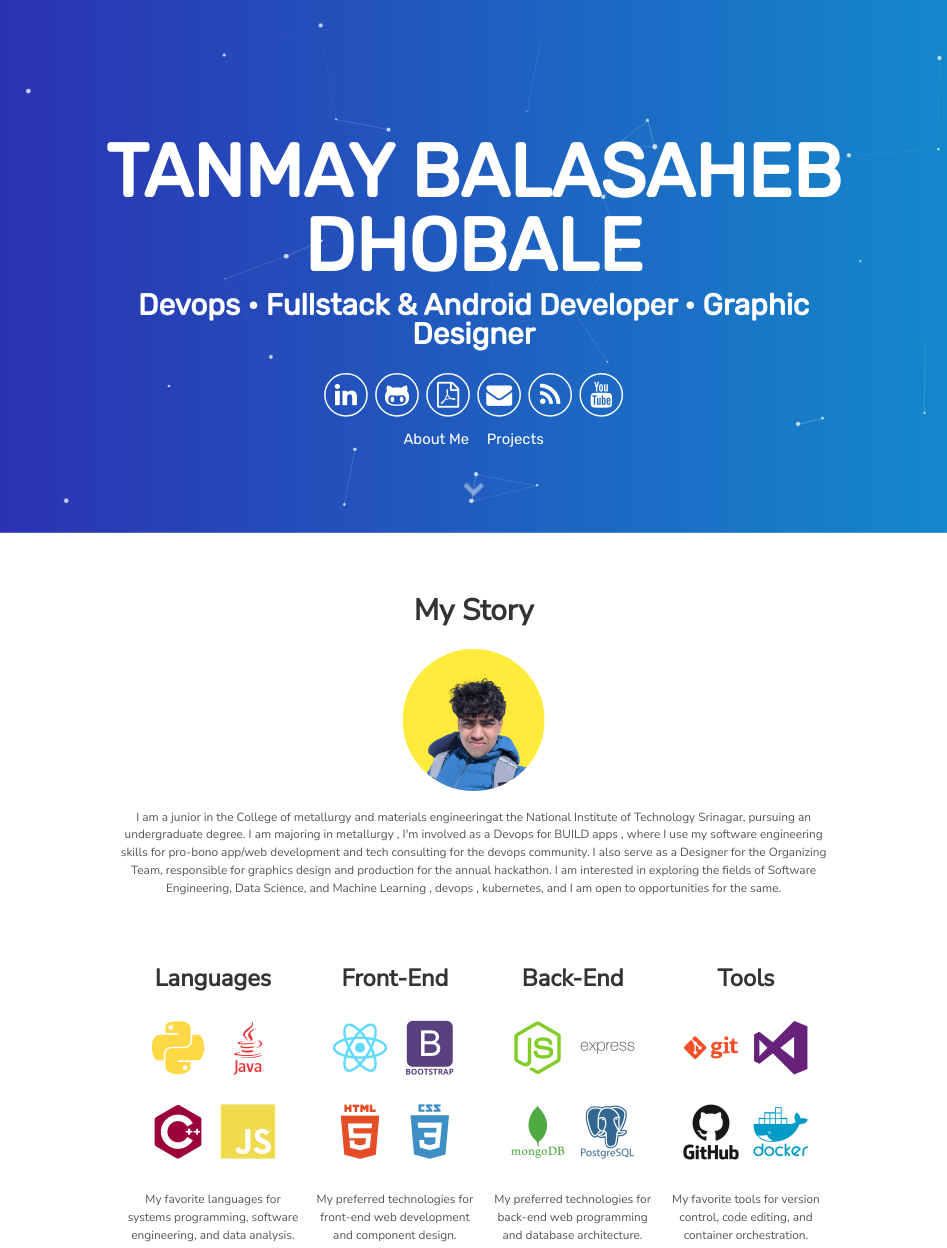
Repository: TanmayDhobale/portfolio.tanmay
Page: index.html
These files come from the project's save history. The page is drawn as it stood at one moment and after the next save; the edit follows.
The browser window is 1280 px wide. The pictures show the part of the page from y = 0 to 1687 px (the page is 3192 px tall before and 3304 px after), at 74% of full size.
A picture or video elsewhere on the page could not be fetched, so the positions and the page height are approximate. Backgrounds fixed to the window are drawn as part of the page.

Above is the page before, as saved 2023-09-25 19:22:22.

### index.html
<!DOCTYPE html>
<html lang="en">
  <head>
    <!-- Metadata of the Webpage -->
    <!-- Character-set Metadata -->
    <meta charset="utf-8" />
    <meta http-equiv="X-UA-Compatible" content="IE=edge" />
    <!-- Viewport Metadata -->
    <meta name="viewport" content="width=device-width, initial-scale=1" />
    <!-- Description Metadata-->
    <meta name="description" content="Portfolio Website" />
    <!-- Author Metadata -->
    <meta name="author" content="Tanmay dhobale " />
    <!-- Keyword Metadata -->
    <meta
      name="keywords"
      content="tanmay balasaheb dhobale , tanmay dhobale , tanmay dhobale nit  , tanmay dhobale nasa "
    />
    <!-- Webpage Logo -->
    <link rel="shortcut icon" href="assets/img/favicon.ico" />
    <!-- Webpage Title -->
    <title>Tanmay Dhobale </title>

    <!-- Import CSS: Main Stylesheet -->
    <link rel="stylesheet" href="./assets/css/main.css" />
  </head>

  <body>
    <div id="particles-js">
      <div class="header">
        <h1>
          <span class="site-title">TANMAY BALASAHEB DHOBALE  </span>
          <span class="site-description"> Devops • Fullstack & Android Developer • Graphic Designer</span>
        </h1>
        <div class="header-icons">
          <a aria-label="My LinkedIn Profile" target="_blank" href="https://www.linkedin.com/in/tanmaydhobale/">
            <i class="icon fa fa-linkedin" aria-hidden="true"></i>
          </a>
          <a aria-label="My Github Profile" target="_blank" href="https://github.com/TanmayDhobale">
            <i class="icon fa fa-github-alt" aria-hidden="true"></i>
          </a>
          <a aria-label="My Résumé" target="_blank" href="https://drive.google.com/file/d/1XHNU_m7_-rRypqP-tn4aT4cPukl3uloP/view?usp=sharing">
            <i class="icon fa fa fa-file-pdf-o" aria-hidden="true"></i>

          </a>
          <a aria-label="Send Email" href="mailto:tanmay_2021bmme078@nitsri.ac.in" target="_blank"
            ><i class="icon fa fa-envelope"></i
          ></a>
           <a aria-label="Send Email" href="https://hashnode.com/@tanmay4l" target="_blank">
            <i class="icon fa fa-rss" aria-hidden="true"></i>
          </a>
          <a aria-label="Youtube" href="https://youtube.com/@tanmay4l?si=MVQowxwEulg6ruLZ" target="_blank"
          ><i class="icon fa fa-youtube"></i
        ></a>

        </div>
        <div class="header-links">
          <a class="link" href="#about" data-scroll>About Me</a>
          <a class="link" href="#projects" data-scroll>Projects</a>
        </div>
      </div>
      <a class="down" href="#about" data-scroll><i class="icon fa fa-chevron-down" aria-hidden="true"></i></a>


    </div>

    <!-- About Section -->
    <section id="about">
      <!-- User Introduction-->
      <div class="user-details">
        <h1>My Story</h1>
        <picture>
          <source
            type="image/webp"
            srcset="./assets/img/webp/Professional-Picture-Me.webp"
            alt="Professional Me"
            width="20%"
            style="border-radius: 50%"
          />
          <img
            src="./assets/img/jpg/Professional-Picture-Me.jpg"
            alt="Professional Me"
            width="20%"
            style="border-radius: 50%"
          />
        </picture>
        <p>
          I am a junior in the College of metallurgy and materials engineeringat the National Institute of Technology Srinagar,
          pursuing an undergraduate degree. I am majoring in metallurgy  ,  I'm involved as a Devops for BUILD
          apps , where I use my software engineering skills for pro-bono app/web development and tech consulting for the
          devops community. I also serve as a Designer for the Organizing Team, responsible for graphics
          design and production for the annual hackathon. I am interested in exploring the fields of Software
          Engineering, Data Science, and Machine Learning , devops , kubernetes,  and I am open to opportunities for the same.
        </p>
      </div>

      <!-- User Specifics -->
      <div class="user">
        <!-- Technology Stack #1: Languages -->
        <div class="tech">
          <h2>Languages</h2>
          <i class="devicon-python-plain colored"></i>
          <i class="devicon-java-plain-wordmark colored"></i>
          <i class="devicon-cplusplus-plain colored"></i>
          <i class="devicon-javascript-plain colored"></i>
          <p>My favorite languages for systems programming, software engineering, and data analysis.</p>
        </div>

        <!-- Technology Stack #2: Front-End -->
        <div class="tech">
          <h2>Front-End</h2>
          <i class="devicon-react-original colored"></i>
          <i class="devicon-bootstrap-plain-wordmark colored"></i>
          <i class="devicon-html5-plain-wordmark colored"></i>
          <i class="devicon-css3-plain-wordmark colored"></i>
          <p>My preferred technologies for front-end web development and component design.</p>
        </div>

        <!-- Technology Stack #3: Back-End -->
        <div class="tech">
          <h2>Back-End</h2>
          <i class="devicon-nodejs-plain colored"></i>
          <i class="devicon-express-original-wordmark colored"></i>
          <i class="devicon-mongodb-plain-wordmark colored"></i>
          <i class="devicon-postgresql-plain-wordmark colored"></i>
          <p>My preferred technologies for back-end web programming and database architecture.</p>
        </div>

        <!-- Technology Stack #4: Tools -->
        <div class="tech">
          <h2>Tools</h2>
          <i class="devicon-git-plain-wordmark colored"></i>
          <i class="devicon-visualstudio-plain colored"></i>
          <i class="devicon-github-plain-wordmark colored"></i>
          <i class="devicon-docker-plain-wordmark colored"></i>
          <p>My favorite tools for version control, code editing, and container orchestration.</p>
        </div>
      </div>
    </section>

    <!-- Projects Section -->
    <section id="projects">
      <div class="user-details">
        <h1>Featured Projects</h1>
      </div>

      <!-- User Project #1: Personal Résumé Website -->
       <!-- <div class="user-projects">
        <div class="images-right">
          <picture>
            <source type="image/webp" srcset="./assets/img/webp/Personal-Resume-Website.webp" alt="Personal Website" />
            <img alt="Personal Website" src="./assets/img/jpg/Personal-Resume-Website.jpg" />
          </picture>
        </div>
        <div class="contents" style="text-align: center">
          <h3>Personal Website</h3>
          <div>
            <img
              height="32"
              width="32"
              src="https://unpkg.com/simple-icons@3.4.0/icons/react.svg"
              style="filter: invert(73%) sepia(74%) saturate(1552%) hue-rotate(169deg) brightness(109%) contrast(97%)"
            />
            &nbsp;
            <img
              height="32"
              width="32"
              src="https://unpkg.com/simple-icons@3.4.0/icons/bootstrap.svg"
              style="filter: invert(24%) sepia(14%) saturate(2270%) hue-rotate(222deg) brightness(102%) contrast(90%)"
            />
            &nbsp;
            <img height="32" width="32" src="https://unpkg.com/simple-icons@3.4.0/icons/github.svg" />
          </div>
          <p style="text-align: justify">
            I developed and designed a website using ReactJS and Bootstrap, hosted on Github Pages, to showcase my web
            presence, story, work experience, education, projects, and achievements in an interactive and
            visually-appealing format.
          </p>
          <a class="project-link" target="_blank" href="https://www.adityavsingh.com/">Check it out!</a>
        </div>
      </div>  -->

      <!-- User Project #2: Summer 2020 Project -->
   <div class="user-projects">
        <div class="images-left">
          <picture>
            <source type="image/webp" srcset="./assets/img/webp/Perpetual-Crusades.webp" alt="Perpetual Crusades" />
            <img alt="Perpetual Crusades" src="./assets/img/jpg/Perpetual-Crusades.jpg" />
          </picture>
        </div>
        <div class="contents-right" style="text-align: center">
          <h3>DepressionHUB</h3>
          <img
            height="32"
            width="32"
            src="https://unpkg.com/simple-icons@3.4.0/icons/react.svg"
            style="filter: invert(73%) sepia(74%) saturate(1552%) hue-rotate(169deg) brightness(109%) contrast(97%)"
          />
          &nbsp;
          <img
            height="32"
            width="32"
            src="https://unpkg.com/simple-icons@3.4.0/icons/css3.svg"
            style="filter: invert(33%) sepia(29%) saturate(3844%) hue-rotate(184deg) brightness(90%) contrast(84%)"
          />
          <img
          height="32"
          width="32"
          src="https://unpkg.com/simple-icons@3.4.0/icons/javascript.svg"
          style="filter: invert(33%) sepia(29%) saturate(3844%) hue-rotate(184deg) brightness(90%) contrast(84%)"
        />
          &nbsp;
          <img height="32" width="32" src="https://unpkg.com/simple-icons@3.4.0/icons/github.svg"/>
          <p style="text-align: justify">
            This is an startup webiste I`ve created this for DepressionHUB Company , using , javascrpt , ReactJS & vita and CSS Grid Layouts for design and hosted on
            GitHub & Netlify Pages.
          </p>
          <a class="project-link" target="_blank" href="https://depressionhuborg.netlify.app/"
            >Check it out!</a
          >
        </div>
      </div>

      <!-- User Project #3: freemoives - Top Movie Streaming Website -->
      <div class="user-projects">
        <div class="images-right">
          <picture>
            <source type="image/webp" srcset="./assets/img/webp/COVID19-Tracker-App.webp" alt="COVID-19 Tracker App" />
            <img alt="COVID-19 Tracker App" src="./assets/img/jpg/COVID19-Tracker-App.jpg" />
          </picture>
        </div>
        <div class="contents" style="text-align: center">
          <h3>Movie Streaming Website </h3>
          <div>
            <img
            height="32"
            width="32"
            src="https://unpkg.com/simple-icons@3.4.0/icons/css3.svg"
            style="filter: invert(33%) sepia(29%) saturate(3844%) hue-rotate(184deg) brightness(90%) contrast(84%)"
          />
            <img
              height="32"
              width="32"
              src="https://unpkg.com/simple-icons@3.4.0/icons/html5.svg"

              style="filter: invert(96%) sepia(47%) saturate(4151%) hue-rotate(338deg) brightness(100%) contrast(95%)"
            />
          </div>
          <p style="text-align: justify">
            I created a web site where u can watch movie online like netfilx , your go-to destination for streaming the top movies! This website is designed using HTML and CSS and aims to provide users with an immersive movie-watching experience.


          </p>
          <a class="project-link" target="_blank" href="https://tanmaydhobale.github.io/Freemoive.com/">
            Check it out!
          </a>
        </div>
      </div>

      <!-- Use Project #4: cloud Native Monitoring Application -->
      <div class="user-projects">
        <div class="images-left">
          <picture>
            <source
              type="image/webp"
              srcset="./assets/img/webp/Valuto-Account-Management.webp"
              alt="cloud Native Monitoring Application\"
            />
            <img alt="/Users/tanmay/Desktop/code/tanmayport.dev/My-Alternate-Portfolio-Website/assets/img/jpg/Valuto-Account-Management.jpg" src="./assets/img/jpg/Valuto-Account-Management.jpg" />
          </picture>
        </div>
        <div class="contents-right" style="text-align: center">
          <h3>Cloud Native Monitoring Application</h3>
          <div>
            <img
              height="32"
              width="32"
              src="https://unpkg.com/simple-icons@3.4.0/icons/python.svg"

              style="filter: invert(22%) sepia(77%) saturate(1486%) hue-rotate(183deg) brightness(101%) contrast(103%)"
            />
            <img
              height="32"
              width="32"
              src="https://unpkg.com/simple-icons@3.4.0/icons/docker.svg"

              style="filter: invert(22%) sepia(77%) saturate(1486%) hue-rotate(183deg) brightness(101%) contrast(103%)"
            />
            <img
              height="32"
              width="32"
              src="https://unpkg.com/simple-icons@3.4.0/icons/kubernetes.svg"

              style="filter: invert(22%) sepia(77%) saturate(1486%) hue-rotate(183deg) brightness(101%) contrast(103%)"
            />
          </div>
          <p style="text-align: justify">
            I developed a cloud Native Monitoring Application . A Cloud Native Monitoring Application is a tool designed to oversee and manage applications and infrastructure in cloud-native environments. A Cloud Native Monitoring Application is a tool designed to oversee and manage applications and infrastructure in cloud-native environments. It provides real-time insights into performance, availability, and health, helping to optimize resource usage, detect issues, and enable quick responses through alerts and notifications. This tool supports the scalability and efficiency of cloud-native applications by offering data-driven insights for continuous improvement.
          </p>
          <a class="project-link" target="_blank" href="https://github.com/TanmayDhobale/cloudNativeMonitoringApplication">
            Check it out!
          </a>
        </div>
      </div>
    </section>

    <footer class="footer">
      <p>&copy; Tanmay dhobale, 2020</p>
    </footer>

    <!-- Import JS: Particles Theme -->
    <script src="https://cdn.jsdelivr.net/particles.js/2.0.0/particles.min.js"></script>
    <!-- Import JS: Sweet Scroll -->
    <script src="./assets/js/sweet-scroll.min.js"></script>
    <!-- Import JS: Google Analytics -->
    <script src="./assets/js/google-analytics.js"></script>
    <!-- Import JS: Main Script -->
    <script src="./assets/js/main.js"></script>
  </body>
</html>

Loaded but not shown: assets/js/sweet-scroll.min.js (library); assets/js/google-analytics.js (common file); assets/js/main.js (1 lines, source omitted); assets/css/main.css (5127 lines, source omitted)

After the next save:
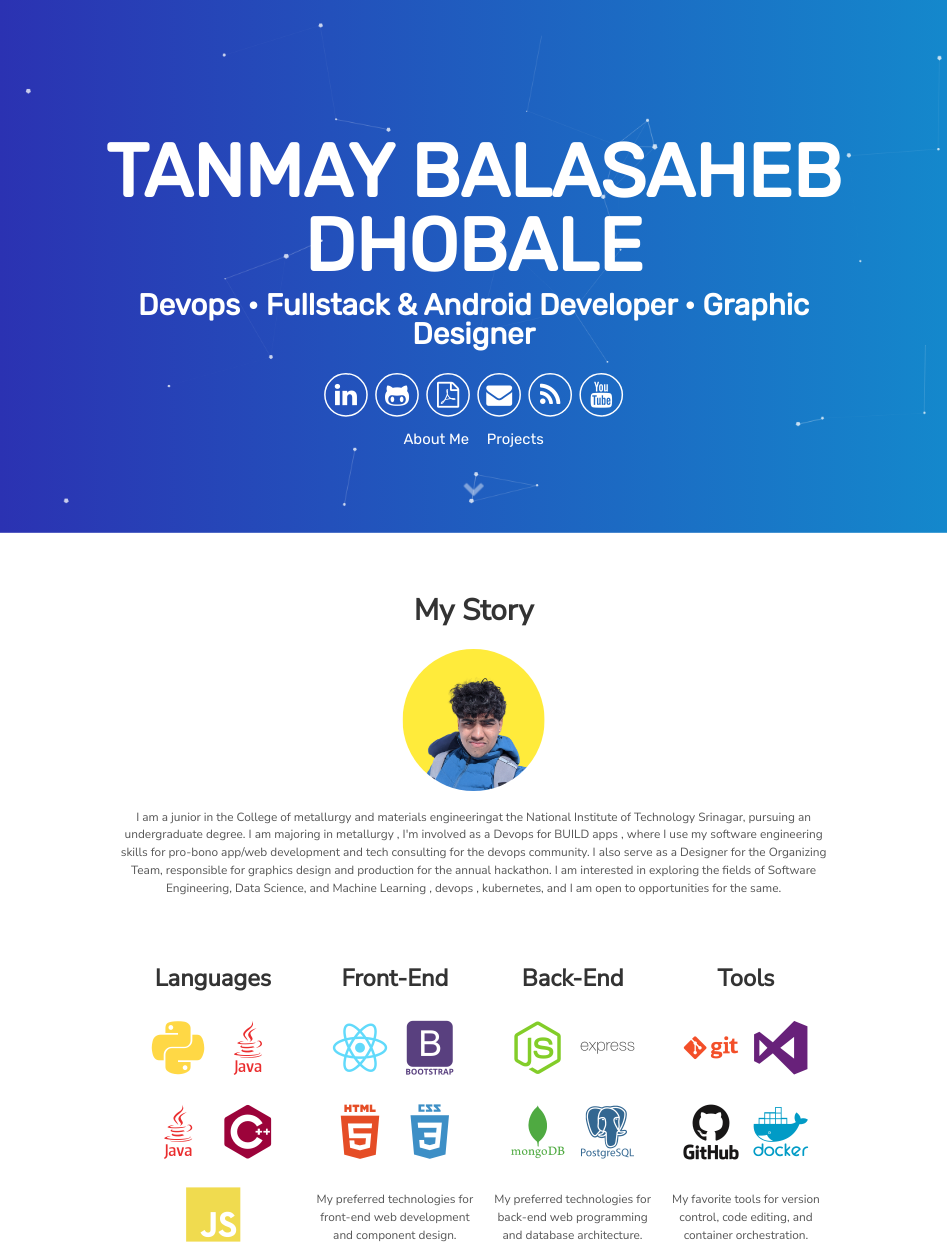
Saved 71 s later.
--- a/index.html
+++ b/index.html
@@ -101,6 +101,7 @@
           <h2>Languages</h2>
           <i class="devicon-python-plain colored"></i>
           <i class="devicon-java-plain-wordmark colored"></i>
+          <i class="devicon-java-plain-wordmark colored"></i>
           <i class="devicon-cplusplus-plain colored"></i>
           <i class="devicon-javascript-plain colored"></i>
           <p>My favorite languages for systems programming, software engineering, and data analysis.</p>
